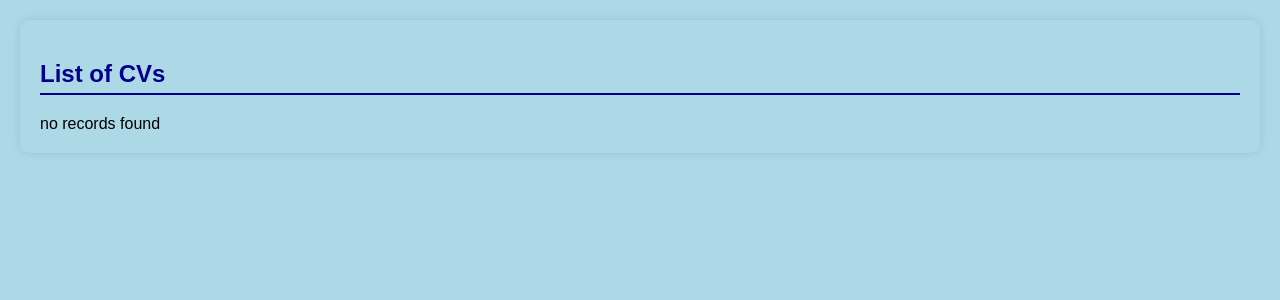
Repository: Arisha004/CV-generator
Page: http://localhost/list.php
An editor plug-in stored every save of this project. The page is shown before and after a run of saves, followed by the edit.
The browser window is 1280 px wide. The pictures show the whole page.
The page is run by PHP 8.4 with error messages shown; the project is at /var/www/html/. Queries for data that is not in the repository find no rows.

Above is the page before, as saved 2025-10-14 01:01:40.

After the next 3 saves:
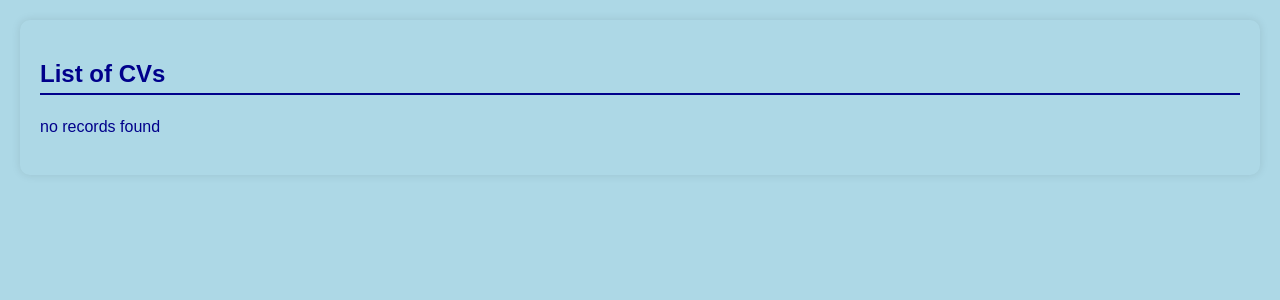
The 3 saves are shown as one change because they came seconds apart.
The last was saved 46 s later.
--- a/list.php
+++ b/list.php
@@ -17,6 +17,7 @@
 </head>
 <body>
     <h2>List of CVs</h1>
+    <p><a href=""</p>
     <?php
     if($result->num_rows>0){
 echo "<table border='1' cellpadding='10'>";

After the 3 saves that followed:
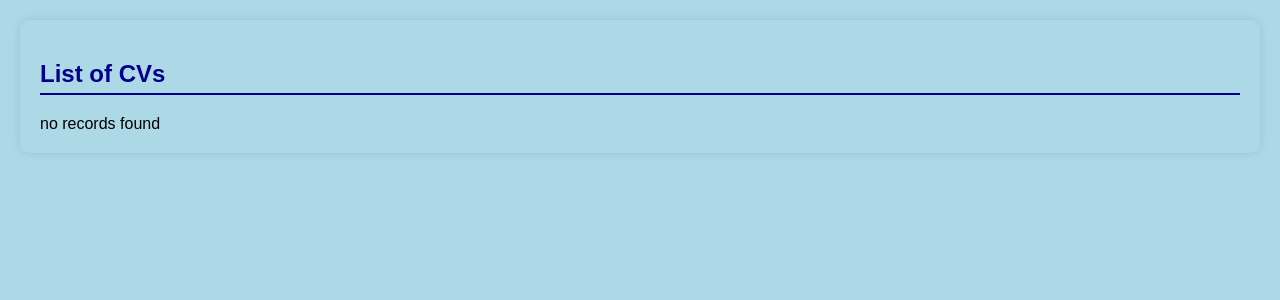
The 3 saves are shown as one change because they came seconds apart.
The last was saved 12 s later.
--- a/list.php
+++ b/list.php
@@ -17,7 +17,7 @@
 </head>
 <body>
     <h2>List of CVs</h1>
-    <p><a href=""</p>
+    <p><a href="index.html"></a></p>
     <?php
     if($result->num_rows>0){
 echo "<table border='1' cellpadding='10'>";
